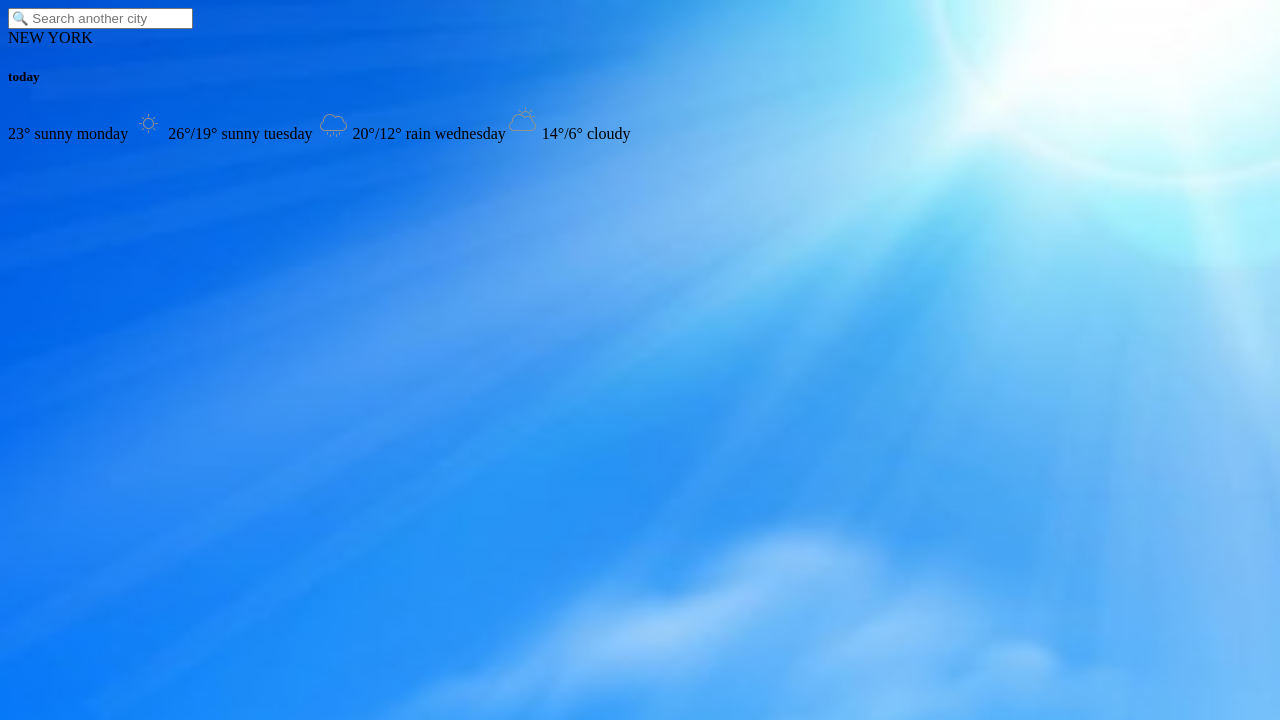
Repository: liav13/WeatherTast
Page: index.html
An editor plug-in stored every save of this project. The page is shown before and after the next save, followed by the edit.
The browser window is 1280 px wide. The pictures show the whole page.
The style sheet was rebuilt from its Sass, Less or Tailwind sources for each picture, by a compiler version that may differ from the author's.

Above is the page before, as saved 2019-07-13 13:55:24.

### index.html
<html lang="en">
    <head>
        <meta charset="UTF-8">
        <meta name="viewport" content="width=device-width, initial-scale=1.0">
        <meta http-equiv="X-UA-Compatible" content="ie=edge">
        <link href="https://fonts.googleapis.com/css?family=Work+Sans&display=swap" rel="stylesheet">
        <link rel="stylesheet" href="./css/style.css">
        <title>Document</title>
    </head>
    <body>

        <header>
        <input type="text" placeholder="&#128269; Search another city">
        </header>



        <section>
            <span class="loction"> NEW YORK <h5>today</h5> 23&#176; sunny </span>
            <!-- לתפוס כל חלק בניפרד בץוך הספרן -->
            <span class="weater"> monday <img src="/img/sun.svg" alt=""> 26&#176;/19&#176; sunny</span>
            <span class="weater"> tuesday <img src="/img/rain.svg" alt=""> 20&#176;/12&#176; rain</span>
            <span class="weater"> wednesday<img src="/img/suncloud.svg" alt=""> 14&#176;/6&#176; cloudy</span>
        </section>


    </body>
    </html>

### styles/style.scss
$primaryColor: white;
$backgroundImg:url("/img/sky.png") ;


@import "./backgroundimg";
@mixin flexCenter{
    display: flex;
    justify-content: center;
    align-items: center;
    };

### styles/_backgroundimg.scss
@mixin flexCenter{
    display: flex;
    justify-content: center;
    align-items: center;
    };

body{
    background-color:black;
    background-image: $backgroundImg;
    background-repeat: no-repeat;
    background-size:100% 100%;
}
input{
    @include flexCenter();
}

After the next save:
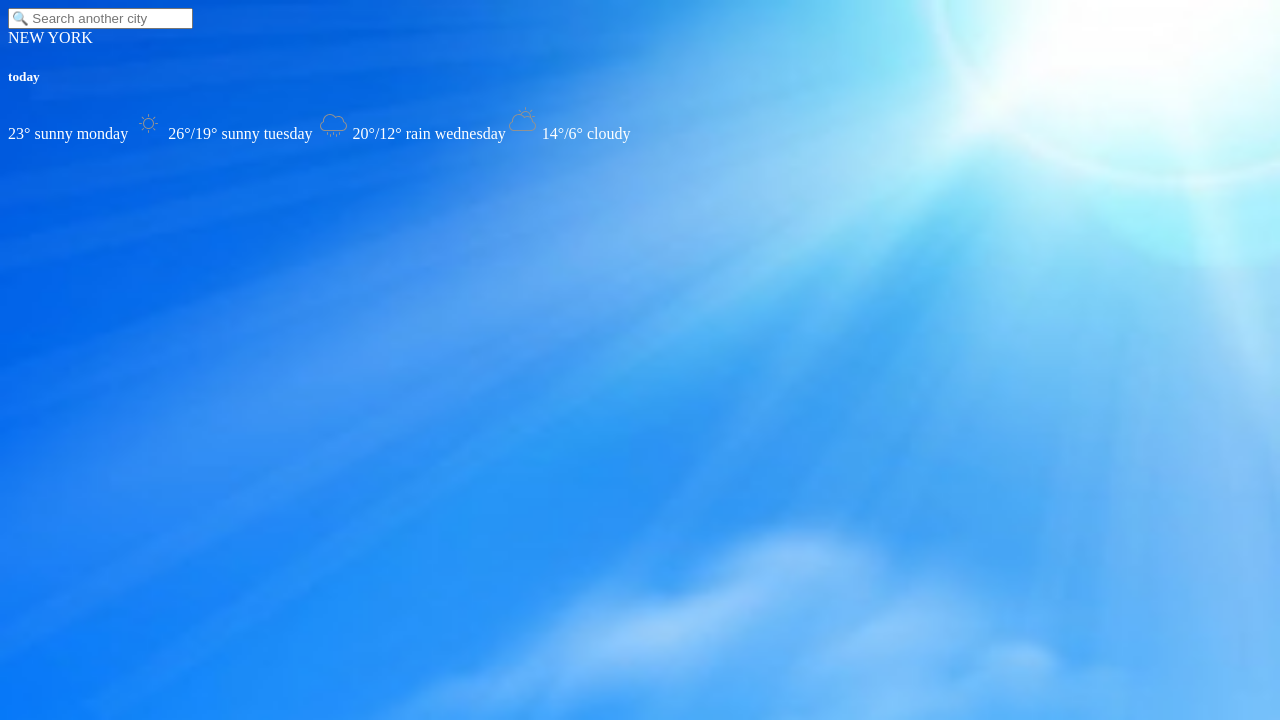
Saved 5 s later.
--- a/styles/style.scss
+++ b/styles/style.scss
@@ -3,8 +3,7 @@
 
 
 @import "./backgroundimg";
-@mixin flexCenter{
-    display: flex;
-    justify-content: center;
-    align-items: center;
-    };
+
+*{
+    color: $primaryColor;
+}

After the save that followed:
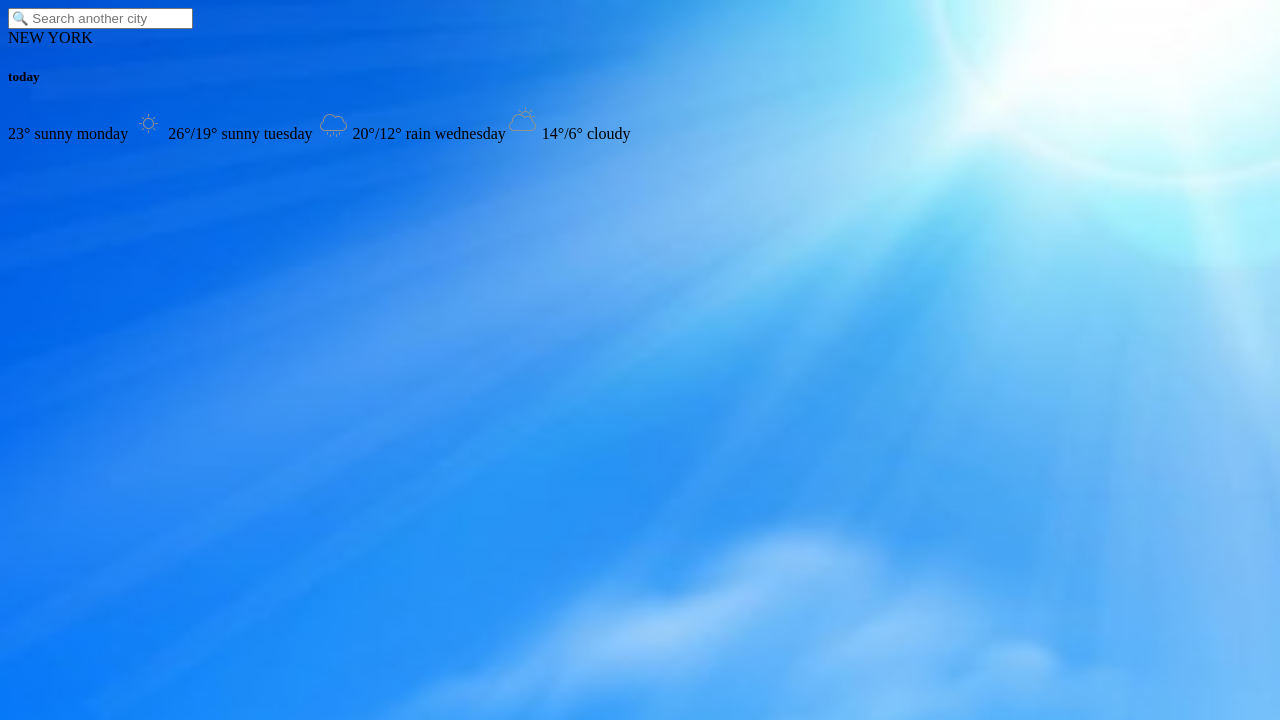
Saved 5 s later.
--- a/styles/style.scss
+++ b/styles/style.scss
@@ -3,7 +3,3 @@
 
 
 @import "./backgroundimg";
-
-*{
-    color: $primaryColor;
-}
